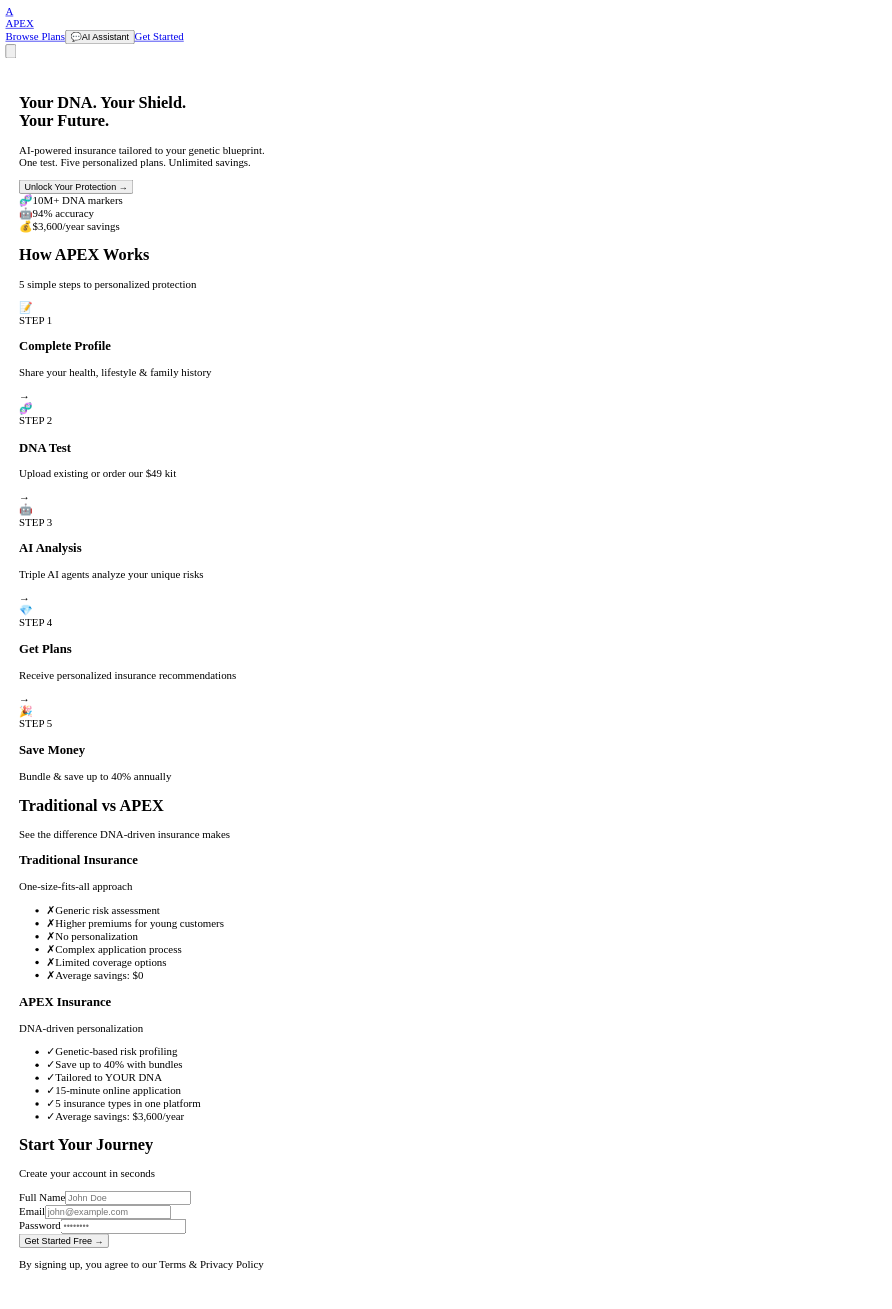
Repository: hmhhmm/Apex-AI-Driven-Insurance-Recommendation-System
Page: / (app in client/)
An editor plug-in stored every save of this project. The page is shown before and after the next save, followed by the edit.
The browser window is 1280 px wide. The page is 1312 px wide, so the pictures cover 1312 px, including what lies to the right of the window. The pictures show the whole page, at 68% of full size.
The project was rebuilt for these pictures with package versions that can differ from the ones it lists, and the page was loaded fresh each time. Also part of the build but not shown: client/src/components/chat/ChatHeader.tsx, client/src/components/chat/ChatMessages.tsx, client/src/components/chat/QuickActions.tsx, client/src/components/chat/ChatInput.tsx, client/src/store/onboardingStore.ts, client/src/pages/Dashboard.tsx, client/src/pages/Claims.tsx, client/src/store/cartStore.ts and 9 more.

Above is the page before, as saved 2025-11-01 18:05:07.

After the next save:
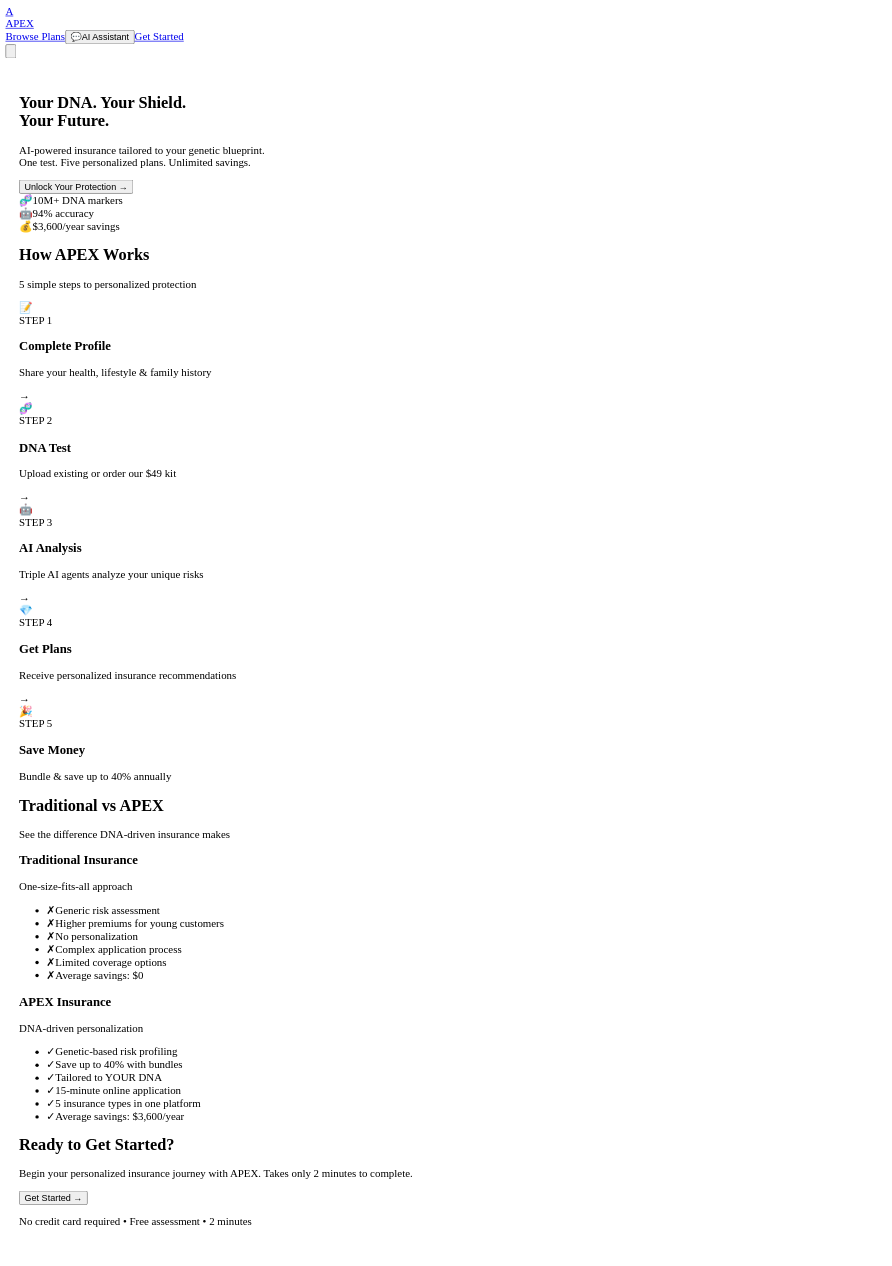
Saved 20 min 59 s later.
--- a/client/src/pages/Landing.tsx
+++ b/client/src/pages/Landing.tsx
@@ -193,72 +193,31 @@ const Landing = () => {
         </div>
       </section>
 
-      {/* Sign Up Section */}
+      {/* Get Started Section */}
       <section id="signup" className="min-h-screen py-20 bg-gradient-to-br from-blue-950 via-purple-950 to-black flex items-center relative overflow-hidden">
         <div className="absolute inset-0 grid-bg opacity-20"></div>
-        <div className="max-w-md mx-auto px-4 w-full relative z-10">
+        <div className="max-w-2xl mx-auto px-4 w-full relative z-10 text-center">
           <motion.div
             initial={{ opacity: 0, y: 20 }}
             whileInView={{ opacity: 1, y: 0 }}
             viewport={{ once: true }}
-            className="bg-zinc-950 border border-zinc-800/50 rounded-2xl shadow-2xl p-8"
-          >
-            <div className="text-center mb-8">
-              <h2 className="text-4xl font-bold mb-2 bg-gradient-to-r from-blue-400 to-purple-400 bg-clip-text text-transparent">
-                Start Your Journey
-              </h2>
-              <p className="text-gray-400">Create your account in seconds</p>
-            </div>
-
-            <form onSubmit={handleSignUp} className="space-y-4">
-              <div>
-                <label className="block text-sm font-medium text-gray-300 mb-2">Full Name</label>
-                <input
-                  type="text"
-                  value={name}
-                  onChange={(e) => setName(e.target.value)}
-                  required
-                  className="w-full px-4 py-3 bg-zinc-900 border border-zinc-800 rounded-lg focus:ring-2 focus:ring-blue-500 focus:border-transparent text-white placeholder-gray-500"
-                  placeholder="John Doe"
-                />
-              </div>
-
-              <div>
-                <label className="block text-sm font-medium text-gray-300 mb-2">Email</label>
-                <input
-                  type="email"
-                  value={email}
-                  onChange={(e) => setEmail(e.target.value)}
-                  required
-                  className="w-full px-4 py-3 bg-zinc-900 border border-zinc-800 rounded-lg focus:ring-2 focus:ring-blue-500 focus:border-transparent text-white placeholder-gray-500"
-                  placeholder="john@example.com"
-                />
-              </div>
-
-              <div>
-                <label className="block text-sm font-medium text-gray-300 mb-2">Password</label>
-                <input
-                  type="password"
-                  value={password}
-                  onChange={(e) => setPassword(e.target.value)}
-                  required
-                  minLength={6}
-                  className="w-full px-4 py-3 bg-zinc-900 border border-zinc-800 rounded-lg focus:ring-2 focus:ring-blue-500 focus:border-transparent text-white placeholder-gray-500"
-                  placeholder="••••••••"
-                />
-              </div>
-
-              <button
-                type="submit"
-                disabled={isLoading}
-                className="w-full py-3 bg-gradient-to-r from-blue-600 to-purple-600 text-white font-semibold rounded-lg hover:shadow-xl hover:shadow-blue-500/50 transform hover:scale-105 transition-all duration-300 disabled:opacity-50 disabled:cursor-not-allowed"
-              >
-                {isLoading ? 'Creating Account...' : 'Get Started Free →'}
-              </button>
-            </form>
-
-            <p className="text-center text-sm text-gray-500 mt-6">
-              By signing up, you agree to our Terms & Privacy Policy
+          >
+            <h2 className="text-5xl md:text-6xl font-bold mb-6 bg-gradient-to-r from-blue-400 to-purple-400 bg-clip-text text-transparent">
+              Ready to Get Started?
+            </h2>
+            <p className="text-xl text-gray-400 mb-12 max-w-xl mx-auto">
+              Begin your personalized insurance journey with APEX. Takes only 2 minutes to complete.
+            </p>
+
+            <button
+              onClick={() => navigate('/onboarding/avatar-selection')}
+              className="px-12 py-5 bg-gradient-to-r from-blue-600 to-purple-600 text-white text-xl font-bold rounded-full hover:shadow-2xl hover:shadow-blue-500/50 transform hover:scale-110 transition-all duration-300"
+            >
+              Get Started →
+            </button>
+
+            <p className="text-center text-sm text-gray-500 mt-8">
+              No credit card required • Free assessment • 2 minutes
             </p>
           </motion.div>
         </div>
